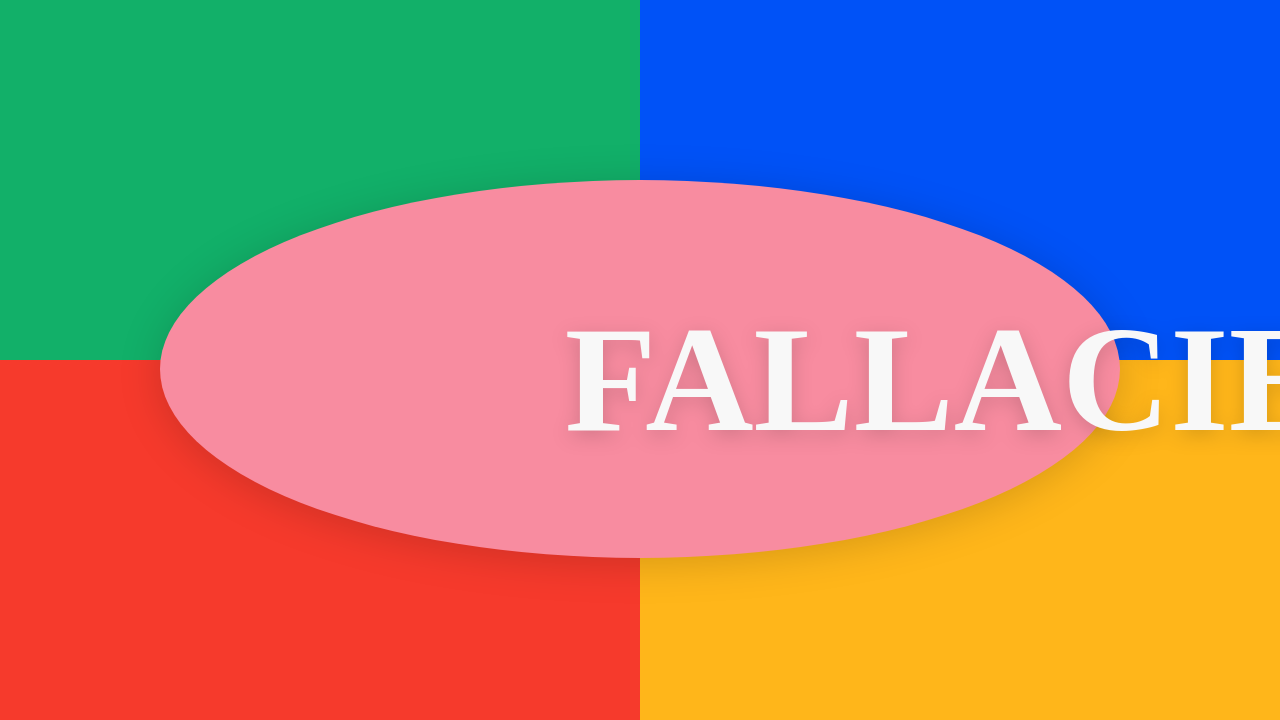
Repository: yafugray/fallacies
Page: project/Midterm project/index.html
An editor plug-in stored every save of this project. The page is shown before and after the next save, followed by the edit.
The browser window is 1280 px wide. The pictures show the whole page.

Above is the page before, as saved 2020-03-12 15:09:21.

### project/Midterm project/index.html
<!DOCTYPE html>
<html lang="en">
<head>
    <meta charset="UTF-8">
    <meta name="viewport" content="width=device-width, initial-scale=1.0">
    <title>Fallacies</title>
    <link href="app.css" rel="stylesheet">
</head>
<body>
    <div id="Mainpage">
        <div id="rec1"></div>
        <div id="rec2"></div>
        <div id="rec3"></div>
        <div id="rec4"></div>
        <div id="group1">
            <svg class="ellipse">
                <ellipse fill="rgba(248,140,160,1)" id="Ellipse_8" rx="75%" ry="75%" cx="50%" cy="75%">
                </ellipse>
            </svg>
            <div id="fallacies">
                <span>FALLACIES</span>
            </div>
        </div>
    </div>
</body>
</html>

### project/Midterm project/app.css
* {
    margin: 0;
    padding: 0;
    box-sizing: border-box;
    border: none;
}

#Mainpage {
    position: absolute;
    width: 100vw;
    height: 100vh;
    background-color: azure;
    overflow: hidden;
}
@keyframes fadein {

    0% {
        opacity: 0;
    }
    100% {
        opacity: 1;
    }

}

#rec1 {
	position: absolute;
	overflow: visible;
	width: 50vw;
	height: 50vh;
	left: 0px;
    top: 0px;
    background-color: rgba(18,176,105,1);
}
#rec4 {
	position: absolute;
	overflow: visible;
	width: 50vw;
	height: 50vh;
	left: 0px;
    bottom: 0px;
    background-color: rgba(246,58,44,1);
}
#rec2 {
	position: absolute;
	overflow: visible;
	width: 50vw;
	height: 50vh;
	right: 0px;
    top: 0px;
    background-color: rgba(0,82,247,1);
}
#rec3 {
	position: absolute;
	overflow: visible;
	width: 50vw;
	height: 50vh;
	right: 0px;
    bottom: 0px;
    background-color: rgba(255,182,26,1);
}

#group1 {
    position: absolute;
	width: 70vw;
	height: 35vh;
    left: 25%;
    right: 25%;
    top: 25%;
    bottom: 25%;
	overflow: visible;
	--web-animation: fadein 0.3s ease-out;
	--web-action-type: page;
	--web-action-target: custom___2.html;
	cursor: pointer;
}

.ellipse {
    filter: drop-shadow(0px 5px 20px rgba(0, 0, 0, 0.161));
	position: absolute;
	overflow: visible;
	width: 50vw;
	height: 35vh;
    left: 0px;
    right:0px;
    top: 0px;
    bottom: 0px;
}

#fallacies {
    filter: drop-shadow(0px 5px 10px rgba(0, 0, 0, 0.161));
    position: relative;
    align-items: center;
    justify-content: center;
    top: 45%;
    bottom: 45%;
    right: 55%;
    left: 25%;
    width: 889px;
    overflow: visible;
    white-space: nowrap;
    text-align: center;
    font-family: TitlingGothicFB Narrow;
    font-style: normal;
    font-weight: bold;
    font-size: 150px;
    color: rgba(248,248,248,1);
}

After the next save:
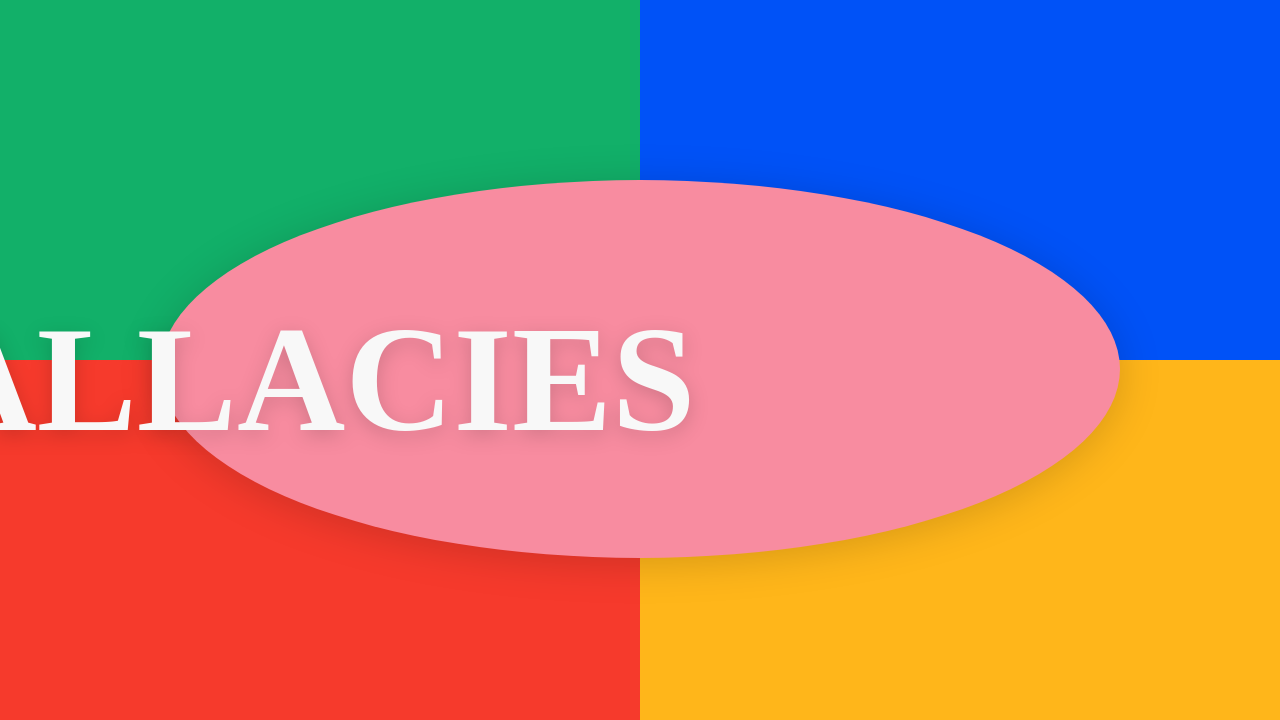
Saved 5 s later.
--- a/project/Midterm project/app.css
+++ b/project/Midterm project/app.css
@@ -95,7 +95,7 @@
     top: 45%;
     bottom: 45%;
     right: 55%;
-    left: 25%;
+    /* left: 25%; */
     width: 889px;
     overflow: visible;
     white-space: nowrap;
